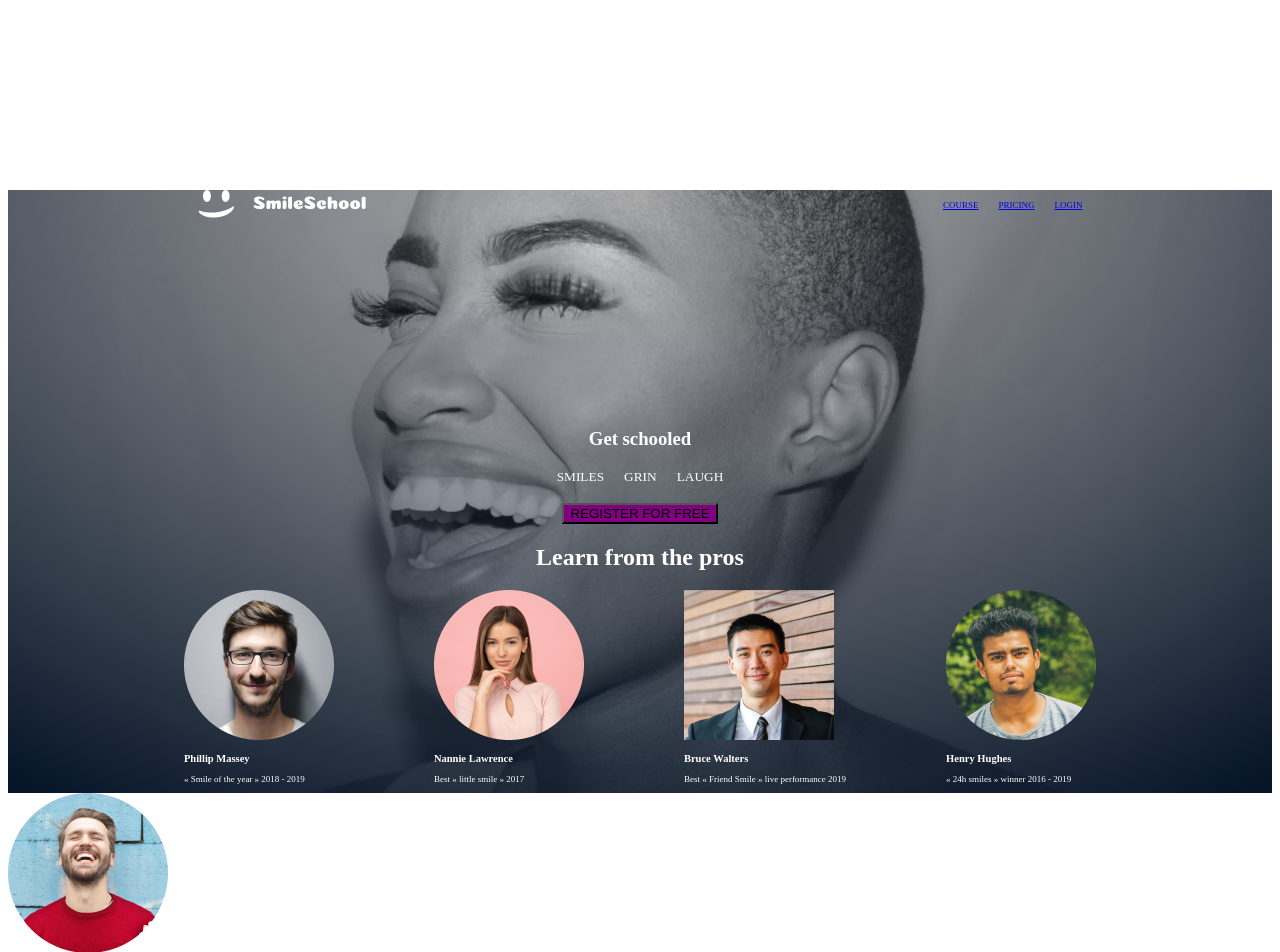
Repository: mwihakiann/alx_html_css
Page: css_advanced/index.html
The author's editor kept a copy of each file at every save. The page is drawn from the files as they stood at one save, then again after a run of saves.
The browser window is 1280 px wide. The pictures show the part of the page from y = 0 to 952 px (the page is 3643 px tall before and 3590 px after).
A picture or video elsewhere on the page could not be fetched, so the positions and the page height are approximate. Some web libraries are served in a nearby version.

Above is the page before, as saved 2025-09-28 18:06:16.

### css_advanced/index.html
<!DOCTYPE html>
<html lang="en">
<head>
  <meta charset="UTF-8">
  <meta name="viewport" content="width=device-width, initial-scale=1.0">
  <script src="https://kit.fontawesome.com/4a2b055604.js" crossorigin="anonymous"></script>
  <title>Document</title>
  <link rel="stylesheet" href="styles.css">
</head>
<body>
    <section class="first-page">
  <header>
    <nav>
      <img src="./images/logo.png" alt="logo">
      <ul>
        <li><a href="#">COURSE</a></li>
        <li><a href="#">PRICING</a></li>
        <li><a href="#">LOGIN</a></li>
      </ul>
    </nav>
  </header>

  <main>
    <section>
      <div class="intro">
        <h1>Get schooled</h1>
        <div class="horizontal-stack">
        <span>SMILES</span>
        <span>GRIN</span>
        <span>LAUGH</span>
        </div>
        <br>
        <button class="register">REGISTER FOR FREE</button>
      </div>
      <div class="learn-from-pros">
        <h2>Learn from the pros</h2>
        <div class="pros">
          <div>
            <img src="./images/1.png" alt="">
            <h3>Phillip Massey</h3>
            <p>« Smile of the year » 2018 - 2019</p>
          </div>
          <div>
            <img src="./images/3.png" alt="">
            <h3>Nannie Lawrence</h3>
            <p>Best « little smile » 2017</p>
          </div>
          <div>
            <img src="./images/2.png" alt="">
            <h3>Bruce Walters</h3>
            <p>Best « Friend Smile » live performance 2019</p>
          </div>
          <div>
            <img src="./images/4.png" alt="">
            <h3>Henry Hughes</h3>
            <p>« 24h smiles » winner 2016 - 2019</p>
          </div>
        </div>
      </div>
    </section>
</section>

    <section>
      <div>
        <img src="./images/5.png" alt="image">
      </div>
      <div>
        <blockquote>« Those tutorials are concise and go straight to the point. I can’t think of a better place to learn smiling. And it’s so fun!</blockquote>
        <h3>NAME</h3>
        <p>weather presenter</p>
      </div>
    </section>

    <section>
      <h2>Most popular tutorials</h2>

      <div class="tutorial-card">
        <img src="./images/9.png" alt="Diagonal Smile">
        <img src="./images/play.png" alt="play button" class="play-btn">
        <h3>Diagonal Smile</h3>
        <p>Lorem ipsum dolor sit amet, consect adipiscing elit, sed do eiusmod.</p>
        <div>
          <img src="./images/1 (3).png" alt="">
          <h4>Phillip Massey</h4>
        </div>
        <div>
          <div><i class="fa-solid fa-star"></i></div>
          <div><i class="fa-solid fa-star"></i></div>
          <div><i class="fa-solid fa-star"></i></div>
          <div><i class="fa-solid fa-star"></i></div>
          <div><i class="fa-solid fa-star"></i></div>
        </div>
        <p>8 min</p>
      </div>

      <div class="tutorial-card">
        <img src="./images/6.png" alt="Happy Smile">
        <img src="./images/play.png" alt="play button" class="play-btn">
        <h3>Happy Smile</h3>
        <p>Lorem ipsum dolor sit amet, consect adipiscing elit, sed do eiusmod.</p>
        <div>
          <img src="./images/1 (3).png" alt="">
          <h4>Phillip Massey</h4>
        </div>
        <div>
          <div><i class="fa-solid fa-star"></i></div>
          <div><i class="fa-solid fa-star"></i></div>
          <div><i class="fa-solid fa-star"></i></div>
          <div><i class="fa-solid fa-star"></i></div>
          <div><i class="fa-solid fa-star"></i></div>
        </div>
        <p>8 min</p>
      </div>

      <div class="tutorial-card">
        <img src="./images/8.png" alt="Natural Smile">
        <img src="./images/play.png" alt="play button" class="play-btn">
        <h3>Natural Smile</h3>
        <p>Lorem ipsum dolor sit amet, consect adipiscing elit, sed do eiusmod.</p>
        <div>
          <img src="./images/1.png" alt="">
          <h4>Phillip Massey</h4>
        </div>
        <div>
          <div><i class="fa-solid fa-star"></i></div>
          <div><i class="fa-solid fa-star"></i></div>
          <div><i class="fa-solid fa-star"></i></div>
          <div><i class="fa-solid fa-star"></i></div>
          <div><i class="fa-solid fa-star"></i></div>
        </div>
        <p>8 min</p>
      </div>

      <div class="tutorial-card">
        <img src="./images/7.png" alt="Sad Smile">
        <img src="./images/play.png" alt="play button" class="play-btn">
        <h3>Sad Smile</h3>
        <p>Lorem ipsum dolor sit amet, consect adipiscing elit, sed do eiusmod.</p>
        <div>
          <img src="./images/1.png" alt="">
          <h4>Phillip Massey</h4>
        </div>
        <div>
          <div><i class="fa-solid fa-star"></i></div>
          <div><i class="fa-solid fa-star"></i></div>
          <div><i class="fa-solid fa-star"></i></div>
          <div><i class="fa-solid fa-star"></i></div>
          <div><i class="fa-solid fa-star"></i></div>
        </div>
        <p>8 min</p>
      </div>
    </section>

    <section>
      <h2>Free membership</h2>
      <div>
        <img src="./images/smile.png" alt="">
        <h3>Lorem Ipsum</h3>
        <p>Lorem ipsum dolor sit amet, consectetur adipiscing elit.</p>
      </div>
      <div>
        <img src="./images/smile.png" alt="">
        <h3>Lorem Ipsum</h3>
        <p>Lorem ipsum dolor sit amet, consectetur adipiscing elit.</p>
      </div>
      <div>
        <img src="./images/smile.png" alt="">
        <h3>Lorem Ipsum</h3>
        <p>Lorem ipsum dolor sit amet, consectetur adipiscing elit.</p>
      </div>
      <div>
        <img src="./images/smile.png" alt="">
        <h3>Lorem Ipsum</h3>
        <p>Lorem ipsum dolor sit amet, consectetur adipiscing elit.</p>
      </div>
      <button>REGISTER FOR FREE</button>
    </section>

    <section>
      <h2>F.A.Q</h2>
      <div>
        <div>
          <div>
            <h3>How does this work?</h3>
          </div>
          <div>
            Lorem ipsum dolor sit amet, consectetur adipiscing elit, sed do eiusmod tempor incididunt ut labore et dolore magna aliqua.
          </div>

          <div>
            <h3>How does this work?</h3>
          </div>
          <div>
            Lorem ipsum dolor sit amet, consectetur adipiscing elit, sed do eiusmod tempor incididunt ut labore et dolore magna aliqua.
          </div>
        </div>
        <div>
          <div>
            <h3>How does this work?</h3>
          </div>
          <div>
            Lorem ipsum dolor sit amet, consectetur adipiscing elit, sed do eiusmod tempor incididunt ut labore et dolore magna aliqua.
          </div>
          <div>
            <h3>How does this work?</h3>
          </div>
          <div>
            Lorem ipsum dolor sit amet, consectetur adipiscing elit, sed do eiusmod tempor incididunt ut labore et dolore magna aliqua.
          </div>
        </div>
      </div>
    </section>
  </main>

  <footer>
    <section>
      <div>
        <img src="./images/logo.png" alt="logo">
        <div>
          <i class="fa-brands fa-facebook"></i>
          <i class="fa-brands fa-twitter"></i>
          <i class="fa-brands fa-instagram"></i>
        </div>
      </div>
      <p>©smileschool 2020</p>
    </section>
  </footer>
</body>
</html>

### css_advanced/styles.css
body{
    color: white;
}
nav ul{
    display: flex;
    gap: 20px;
    list-style: none;
    color: white;
    text-decoration: none;
}
nav{
    display: flex;
    justify-content: space-between;
    align-items: center;
    margin: 15%;
    font-size: xx-small;
}
.first-page{
    background-image: url(./images/Object.png);
    background-size: cover;
    background-position: center;
    color: white;
}
.intro{
    display: flex;
    flex-direction: column;
    justify-content: center;
    align-items: center;
    gap: 0;
}
h1{
    font-size: 40;
}
.register{
    background-color: purple
}
.learn-from-pros{
    display: flex;
    flex-direction: column;
    justify-content: center;
    align-items: center;
    font-size: medium;
}
.pros{
    display: flex;
    font-size:xx-small;
    gap: 100px;
    width: 150;

}
.horizontal-stack{
   display: flex;
    gap: 20px;
    font-size: smaller;
}
.tutorial-card {
    position: relative;
    display: inline-block;
    margin: 20px;
  }

  .tutorial-card img {
    display: block;
  }

  .tutorial-card .play-btn {
    position: absolute;
    top: 50px;
    left: 50%;
    transform: translateX(-50 -50%);
    width: 50px;
    height: 50px;
    pointer-events: none;
  }

After the next 3 saves:
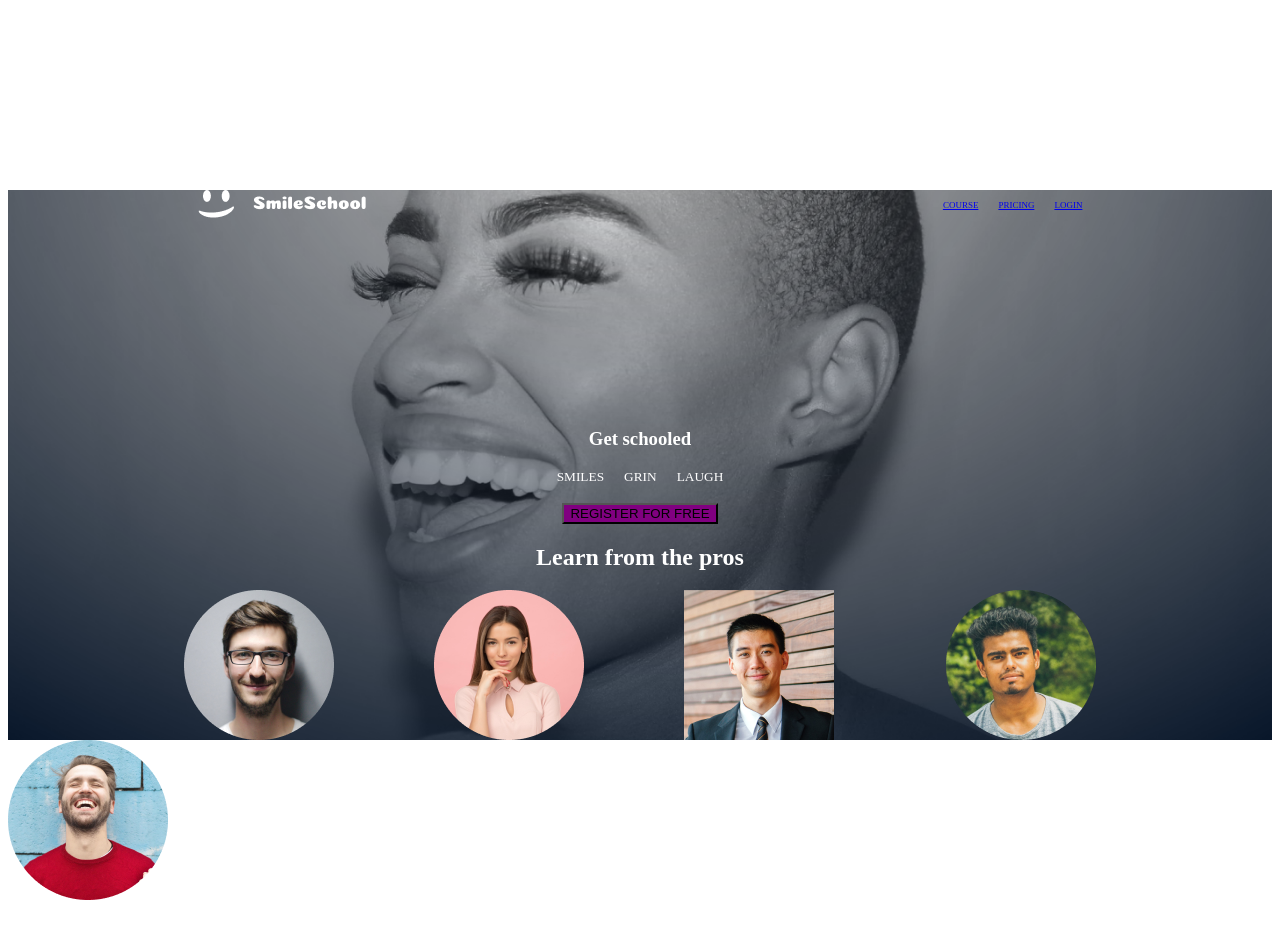
The 3 saves are shown as one change because they came seconds apart.
The last was saved 10 s later.
--- a/css_advanced/styles.css
+++ b/css_advanced/styles.css
@@ -46,7 +46,7 @@ h1{
     font-size:xx-small;
     gap: 100px;
     width: 150;
-
+    height: 150px
 }
 .horizontal-stack{
    display: flex;
